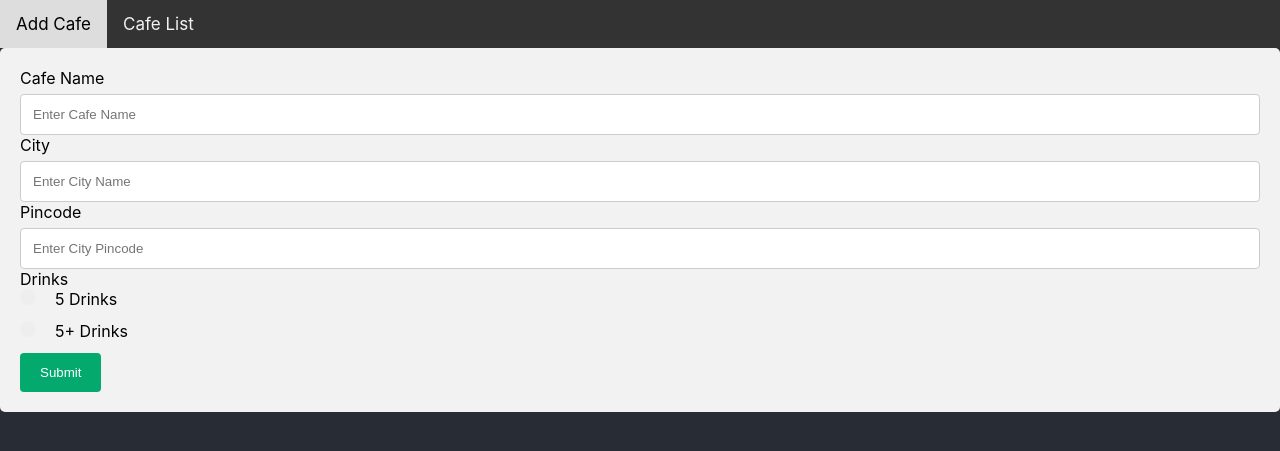
Repository: Surojd/project-cafe
Page: /add-cafe
The author's editor kept a copy of each file at every save. The page is drawn from the files as they stood at one save, then again after the next save.
The browser window is 1280 px wide. The pictures show the whole page.
The page's requests for data from a server got no answer. The project was rebuilt for these pictures with package versions that can differ from the ones it lists, and the page was loaded fresh each time. No one was signed in, and anything a server would have sent is missing. Also part of the build but not shown: src/cafe/CafeList.js.

Above is the page before, as saved 2021-09-01 14:39:16.

### src/index.js
import React from 'react';
import ReactDOM from 'react-dom';
import './index.css';
import App from './App';
import reportWebVitals from './reportWebVitals';

import { BrowserRouter as Router } from 'react-router-dom';
ReactDOM.render(
  <React.StrictMode>
    <Router>
      <App />
    </Router>
  </React.StrictMode>,
  document.getElementById('root')
);

// If you want to start measuring performance in your app, pass a function
// to log results (for example: reportWebVitals(console.log))
// or send to an analytics endpoint. Learn more: https://bit.ly/CRA-vitals
reportWebVitals();

### src/index.css
body {
  background-color: #282c34;
  margin: 0;
  font-family: -apple-system, BlinkMacSystemFont, 'Segoe UI', 'Roboto', 'Oxygen',
    'Ubuntu', 'Cantarell', 'Fira Sans', 'Droid Sans', 'Helvetica Neue',
    sans-serif;
  -webkit-font-smoothing: antialiased;
  -moz-osx-font-smoothing: grayscale;
}

code {
  font-family: source-code-pro, Menlo, Monaco, Consolas, 'Courier New',
    monospace;
}

a{
  text-decoration: none;
}

### src/App.js
import { Link, Redirect, Route, Switch, useLocation } from 'react-router-dom';
import './App.css';
import { AddCafe, CafeList } from './cafe';

const routes = [
  { path: '/add-cafe', component: AddCafe },
  { path: '/cafes', component: CafeList },
];
function App() {
  const location = useLocation();
  console.log(location);
  return (
    <div className="App">
      <header className="topnav">
        <Link to="/add-cafe">Add Cafe</Link>
        <Link to="/cafes">Cafe List</Link>
      </header>
      <div class="container">
        <Switch>
          {
            routes.map(item => {
              return <Route  {...item} />
            })
          }
        </Switch>
      </div>
    </div>
  );
}

export default App;

### src/App.css
/* Add a black background color to the top navigation */
.topnav {
  background-color: #333;
  overflow: hidden;
}

/* Style the links inside the navigation bar */
.topnav a {
  float: left;
  display: block;
  color: #f2f2f2;
  text-align: center;
  padding: 14px 16px;
  text-decoration: none;
  font-size: 17px;
}

/* Change the color of links on hover */
.topnav a:hover {
  background-color: #ddd;
  color: black;
}

/* Add an active class to highlight the current page */
.topnav a.active {
  background-color: #04AA6D;
  color: white;
}

/* Hide the link that should open and close the topnav on small screens */
.topnav .icon {
  display: none;
}

* {box-sizing: border-box;}

input[type=text],input[type=number], select, textarea {
  width: 100%;
  padding: 12px;
  border: 1px solid #ccc;
  border-radius: 4px;
  box-sizing: border-box;
  margin-top: 6px;
  resize: vertical;
}

input[type=submit] {
  background-color: #04AA6D;
  color: white;
  padding: 12px 20px;
  border: none;
  border-radius: 4px;
  cursor: pointer;
}

button[type=submit]:hover {
  background-color: #45a049;
}

.container {
  border-radius: 5px;
  background-color: #f2f2f2;
  padding: 20px;
}

/* Chrome, Safari, Edge, Opera */
input::-webkit-outer-spin-button,
input::-webkit-inner-spin-button {
  -webkit-appearance: none;
  margin: 0;
}

/* Firefox */
input[type=number] {
  -moz-appearance: textfield;
}


.radio-label{
  display: block;
  position: relative;
  padding-left: 35px;
  margin-bottom: 12px;
  cursor: pointer;
  -webkit-user-select: none;
  -moz-user-select: none;
  -ms-user-select: none;
  user-select: none;
}



/* Hide the browser's default radio button */
.radio-label input[type=radio] {
  position: absolute;
  opacity: 0;
  cursor: pointer;
}

/* Create a custom radio button */
.checkmark {
  position: absolute;
  top: 0;
  left: 0;
  height: 16px;
  width: 16px;
  background-color: #eee;
  border-radius: 50%;
}

/* On mouse-over, add a grey background color */
.radio-label:hover input[type=radio] ~ .checkmark {
  background-color: #ccc;
}

/* When the radio button is checked, add a blue background */
.radio-label input[type=radio]:checked ~ .checkmark {
  background-color: #2196F3;
}

/* Create the indicator (the dot/circle - hidden when not checked) */
.checkmark:after {
  content: "";
  position: absolute;
  display: none;
}

/* Show the indicator (dot/circle) when checked */
.radio-label input[type=radio]:checked ~ .checkmark:after {
  display: block;
}

/* Style the indicator (dot/circle) */
.radio-label .checkmark:after {
 	top: 5px;
	left: 5px;
	width: 6px;
	height: 6px;
	border-radius: 50%;
	background: white;
}

.error{
    color: red;
    padding: 0px;
    margin: 0px;
}

table{
  border-radius: 5px;
  font-size: 12px;
  font-weight: normal;
  border: none;
  border-collapse: collapse;
  width: 100%;
  max-width: 100%;
  white-space: nowrap;
}

table th{
  text-align: center;
  padding: 8px;
  color: #ffffff;
  background: #07315a;
}
table td{
  border-right: 1px solid #f8f8f8;
    font-size: 12px;
    text-align: center;
}
th:nth-child(odd) {
  background: #324960;
}

tr:nth-child(even) {
  background: #F8F8F8;
}

### src/cafe/index.js

export { default as AddCafe } from './AddCafe';
export { default as CafeList } from './CafeList';

### src/cafe/AddCafe.js
import React from 'react';
import { collection, addDoc } from "firebase/firestore";
import firestore from './firebase';

import { useFormik } from 'formik';
import * as Yup from 'yup';

export default function AddCafe() {

  const formik = useFormik({
    initialValues: {
      name: '',
      city: '',
      pincode: '',
      drinks: ''
    },
    validationSchema: Yup.object({
      name: Yup.string()
        .max(15, 'Must be 15 characters or less')
        .required('Required'),
      city: Yup.string()
        .max(20, 'Must be 20 characters or less')
        .required('Required'),
      pincode: Yup.number().required('Required'),
      drinks: Yup.string().required('Required'),
    }),
    onSubmit: async (data, { resetForm }) => {
      try {
        const docRef = await addDoc(collection(firestore, "cafes"), data);
        alert("Cafe Added Successfully. ID : " + docRef.id);
        resetForm()
      } catch (e) {
        alert("Error adding cafe. something went wrong. ");
      }
    },
  });

  return (
    <form onSubmit={formik.handleSubmit}>
      <label htmlFor="name">Cafe Name</label>
      <input
        id="name"
        type='text'
        placeholder='Enter Cafe Name'
        {...formik.getFieldProps('name')}
      />
      {formik.touched.name && formik.errors.name ? (
        <div className="error">{formik.errors.name}</div>
      ) : null}

      <label htmlFor="city">City</label>
      <input
        id="city"
        type='text'
        placeholder='Enter City Name'
        {...formik.getFieldProps('city')}
      />
      {formik.touched.city && formik.errors.city ? (
        <div className="error">{formik.errors.city}</div>
      ) : null}

      <label htmlFor="pincode">Pincode</label>
      <input
        id="pincode"
        type='number'
        placeholder='Enter City Pincode'
        {...formik.getFieldProps('pincode')}
      />
      {formik.touched.pincode && formik.errors.pincode ? (
        <div className="error">{formik.errors.pincode}</div>
      ) : null}
      <label>Drinks</label>
      <label class="radio-label">5 Drinks
        <input
          type='radio'
          {...formik.getFieldProps('drinks')}
          value="5 Drinks"
        />
        <span class="checkmark"></span>
      </label>
      <label class="radio-label">5+ Drinks
        <input
          type='radio'
          {...formik.getFieldProps('drinks')}
          value="5+ Drinks"
        />
        <span class="checkmark"></span>
      </label>
      {formik.errors.drinks ? (
        <div className="error">{formik.errors.drinks}</div>
      ) : null}
      <input type="submit" value="Submit" />
    </form>);
}

### src/cafe/firebase.js
import { initializeApp } from 'firebase/app'
import { enableIndexedDbPersistence, initializeFirestore, CACHE_SIZE_UNLIMITED } from 'firebase/firestore'
import { getAnalytics } from "firebase/analytics";


const firebaseApp = initializeApp({
  apiKey: "AIzaSyBF1CMLc0WfG_majkcPFVm9eU-DCqGW9BM",
  authDomain: "project-cafe-d8aca.firebaseapp.com",
  projectId: "project-cafe-d8aca",
  storageBucket: "project-cafe-d8aca.appspot.com",
  messagingSenderId: "531282317018",
  appId: "1:531282317018:web:25d8fc0f088be0c68d5fe3",
  measurementId: "G-GNS7C6HN2Y"
});
const firestore = initializeFirestore(firebaseApp, {
  cacheSizeBytes: CACHE_SIZE_UNLIMITED
});

enableIndexedDbPersistence(firestore)
  .catch((err) => {
    if (err.code === 'failed-precondition') {
      console.log('Multiple tabs open, persistence can only be enabled in one tab at a a time.');
    } else if (err.code === 'unimplemented') {
      console.log('The current browser does not support all of the features required to enable persistence.');
    }
  });
export default firestore;
const analytics = getAnalytics(firebaseApp);

Loaded but not shown: public/index.html (common file); src/reportWebVitals.js (common file)

After the next save:
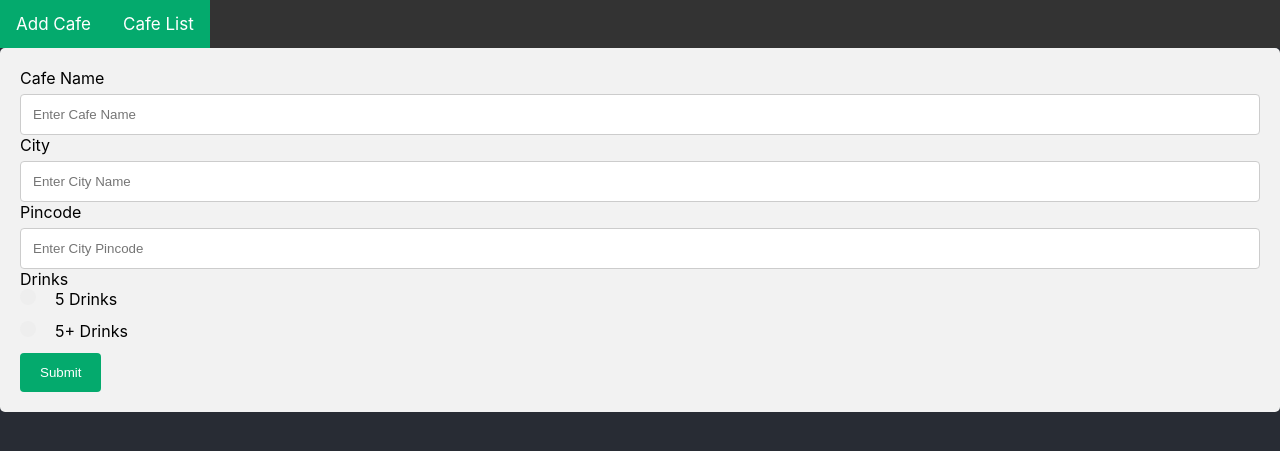
Saved 64 s later.
--- a/src/App.js
+++ b/src/App.js
@@ -7,13 +7,13 @@ const routes = [
   { path: '/cafes', component: CafeList },
 ];
 function App() {
-  const location = useLocation();
-  console.log(location);
+  const { pathname } = useLocation();
+  console.log(pathname);
   return (
     <div className="App">
       <header className="topnav">
-        <Link to="/add-cafe">Add Cafe</Link>
-        <Link to="/cafes">Cafe List</Link>
+        <Link to="/add-cafe" className={pathname === '/add-cafe' ? 'active' : ''}>Add Cafe</Link>
+        <Link to="/cafes" className={pathname === '/add-cafe' ? 'active' : ''}>Cafe List</Link>
       </header>
       <div class="container">
         <Switch>
